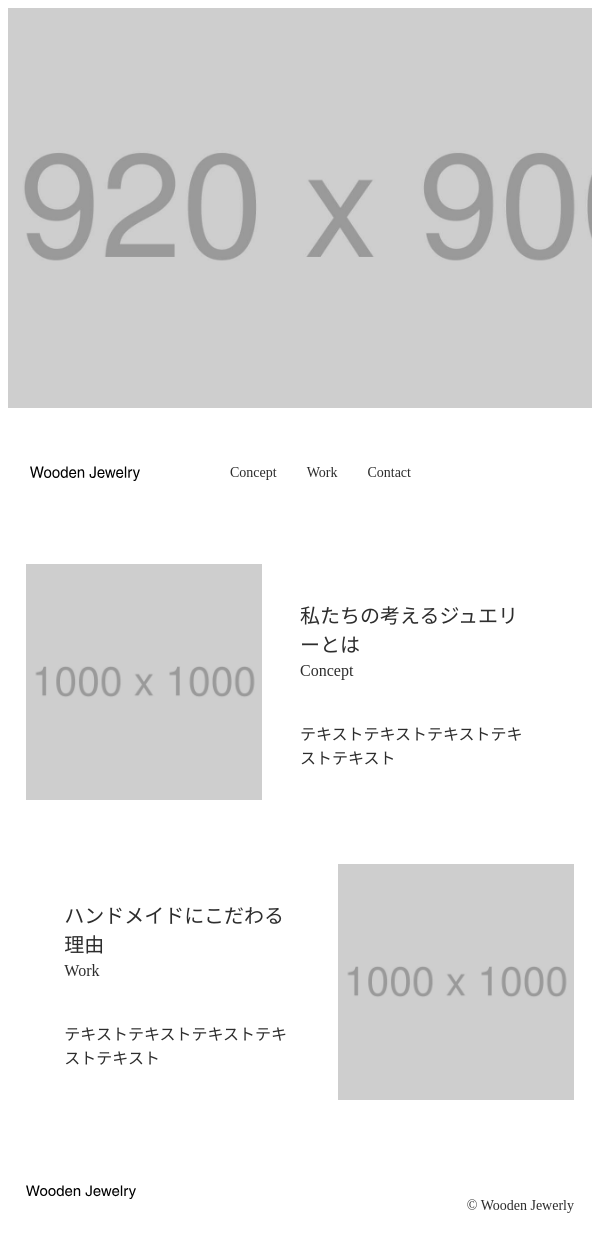
Repository: Fuki-san/jewelry
Page: http://localhost/jewelry
An editor plug-in stored every save of this project. The page is shown before and after a run of saves, followed by the edit.
The browser window is 600 px wide. The pictures show the whole page.
The page is served by the project's Laravel application, run on PHP 8.4 with Laravel 10. Other server files are loaded and not shown.

Above is the page before, as saved 2023-11-26 15:09:52.

### routes/web.php
<?php

use Illuminate\Support\Facades\Route;

/*
|--------------------------------------------------------------------------
| Web Routes
|--------------------------------------------------------------------------
|
| Here is where you can register web routes for your application. These
| routes are loaded by the RouteServiceProvider and all of them will
| be assigned to the "web" middleware group. Make something great!
|
*/

Route::get('/', function () {
    return view('welcome');
});

Route::get('jewelry', function () {
    return view('jewelry');
});

### resources/views/jewelry.blade.php
@extends('layouts.main')

@section('title', 'jewelry')

@section('content')
    <div id="mainvisual">
        <img src="img/mainvisual.jpg">
    </div>
    <header id="header">
        <h1 class="site-title"><a href="#"><img src="img/logo.svg"></a></h1>
        <nav>
            <ul>
                <li><a href="#concept">Concept</a></li>
                <li><a href="#work">Work</a></li>
                <li><a href="mailto:xxx@xxx.xxx?subject=お問い合わせ">Contact</a></li>
            </ul>
        </nav>
    </header>

    <div class="container">
        <main>
            <section id="concept" class="content">
                <div class="img">
                    <img src="img/concept.jpg">
                </div>
                <div class="text">
                    <h2 class="section-title">私たちの考えるジュエリーとは</h2>
                    <span class="section-title-en">Concept</span>
                    <p>テキストテキストテキストテキストテキスト</p>
                </div>
            </section>

            <section id="work" class="content">
                <div class="text">
                    <h2 class="section-title">ハンドメイドにこだわる理由</h2>
                    <span class="section-title-en">Work</span>
                    <p>テキストテキストテキストテキストテキスト</p>
                </div>
                <div class="img">
                    <img src="img/work.jpg">
                </div>
            </section>
        </main>

        <footer id="footer">
            <div class="logo">
                <img src="img/logo.svg" alt="">
            </div>
            <p class="copyright">&copy; Wooden Jewerly</p>
        </footer>
    </div>

@endsection

### resources/views/layouts/main.blade.php
<!DOCTYPE html>
<html lang="ja">
<head>
    <meta charset="UTF-8">
    <meta name="viewport" content="width=device-width, initial-scale=1.0">
    <meta http-equiv="X-UA-Compatible" content="ie=edge">
    <link rel="stylesheet" href="{{ asset('css/reset.css') }}">
    <link rel="stylesheet" href="{{ asset('css/style.css') }}">
    <link rel="icon" href="img/favicon.ico">
    <title>@yield('title')</title>
</head>
<body>
    @yield('content')
</body>
</html>

### public/css/style.css
@charset "utf-8";

html{
    font-size: 100%;
}
body{
    font-family: 'Crimson Text', serif;
    color: #2d2d2d;
}
ul{
    list-style: none;
}
a{
    text-decoration: none;
    color:#2d2d2d;
}

img{
    max-width: 100%;
    /* img親のdivのコンテンツラインと子のimgコンテンツラインの下端だけ少し隙間がある。
    その理由は、画像の横にテキストが入力された場合にデフォルトで定まっているvertical-align baseline
    が適応され、英文字のbaseline的に多少の文字の一部が下に出てしまうからであり、今回は文字もかかず、
    子imgと親divの下端の隙間はいらないため、vertical-align bottomで隙間を除去する。
    baselineとbottomの差は微小なので分かりずらいが、例えばgのbaselineはgフォントの下のクルンって
    なっているところの途中で baselineがくるが、bottomならほんとに一番下のクルンのところでくる
    隙間があるかどうかは親divのbackgroundcolorを設定すると分かりやすい */
    vertical-align: buttom;
}

.container{
    margin: 0 auto;
    max-width: 1000px;
    padding: 0 18px;
}

.site-title{
    width: 110px;
    line-height: 1px;
    margin-right: 50px;
}
.site-title a{
    display: block;
}
.section-title{
    font-size: 1.5rem;
    font-weight: normal;
    margin-bottom: 4px;
}

.section-title-en{
    display: inline-block;
    /* スパンタグでもmarginbottom使えるようにするため */
    margin-bottom: 25px;
}

#mainvisual{
    margin: 4% auto 0 auto;
    width: 90vw;
}

#header{
    width: 90vw;
    display: flex;
    align-items: center;
    padding: 32px 0;
    margin: 0 auto 30px auto;
}

#header ul{
    display: flex;
}
#header li{
    margin-right: 30px;
    font-size: 0.875rem;
}
#header li:last-child{
    margin-right: 0;
}
.content{
    display: flex;
    align-items: center;
    margin-bottom: 60px;
}
.content .img{
    width: 50%;
}
.content .text{
    width: 50%;
    padding: 0 7%;
}

#footer {
    display: flex;
    justify-content: space-between;
    font-size: 0.875rem;
    padding: 20px 0;
}
#footer .logo{
    width: 110px;
}

@media screen and (max-width: 767px) {
    .section-title{
        font-size: 1.25rem;
    }
    #mainvisual{
        width: 100%;
        margin: 0;
    }
    #mainvisual img{
        width: 100%;
        height: 50vh;
        object-fit: cover;
    }

}

### public/img/logo.svg
<?xml version="1.0" encoding="utf-8"?>
<!-- Generator: Adobe Illustrator 15.1.0, SVG Export Plug-In . SVG Version: 6.00 Build 0)  -->
<!DOCTYPE svg PUBLIC "-//W3C//DTD SVG 1.1//EN" "http://www.w3.org/Graphics/SVG/1.1/DTD/svg11.dtd">
<svg version="1.1" id="レイヤー_1" xmlns="http://www.w3.org/2000/svg" xmlns:xlink="http://www.w3.org/1999/xlink" x="0px"
	 y="0px" width="1000px" height="140px" viewBox="0 0 1000 140" enable-background="new 0 0 1000 140" xml:space="preserve">
<g>
	<path d="M39.405,111.195H25.498L0,13.294h14.317l18.271,79.63h0.273l21.952-79.63h14.454l21.953,79.63h0.273l18.271-79.63h14.59
		l-25.771,97.901H84.674l-22.362-81.13H62.04L39.405,111.195z"/>
	<path d="M160.348,37.837c22.771,0,33.133,19.226,33.133,37.634c0,18.407-10.362,37.633-33.133,37.633
		c-22.771,0-33.134-19.226-33.134-37.633C127.214,57.063,137.577,37.837,160.348,37.837z M160.348,102.741
		c17.18,0,20.726-17.726,20.726-27.27c0-9.545-3.545-27.271-20.726-27.271c-17.181,0-20.725,17.726-20.725,27.271
		C139.623,85.015,143.167,102.741,160.348,102.741z"/>
	<path d="M236.16,37.837c22.771,0,33.133,19.226,33.133,37.634c0,18.407-10.362,37.633-33.133,37.633
		c-22.771,0-33.134-19.226-33.134-37.633C203.026,57.063,213.389,37.837,236.16,37.837z M236.16,102.741
		c17.18,0,20.726-17.726,20.726-27.27c0-9.545-3.545-27.271-20.726-27.271c-17.181,0-20.725,17.726-20.725,27.271
		C215.435,85.015,218.979,102.741,236.16,102.741z"/>
	<path d="M342.105,111.195h-11.318v-9.817h-0.272c-5.182,9.681-13.362,11.863-20.316,11.863c-24.271,0-31.361-22.771-31.361-39.815
		c0-20.044,10.772-35.588,29.724-35.588c12.954,0,18.408,8.045,21.271,12.136l0.273-0.955V13.294h12V111.195z M310.471,102.877
		c7.637,0,19.499-5.044,19.499-23.998c0-11.59-1.909-30.271-19.226-30.271c-18.544,0-19.499,17.59-19.499,26.725
		C291.245,91.015,297.381,102.877,310.471,102.877z"/>
	<path d="M419.28,88.833c-0.408,3.409-3.681,13.499-12.681,19.499c-3.272,2.181-7.908,4.909-19.362,4.909
		c-20.043,0-31.907-15.135-31.907-35.725c0-22.089,10.636-39.679,34.225-39.679c20.589,0,30.679,16.363,30.679,41.588h-52.086
		c0,14.862,6.954,23.452,20.726,23.452c11.317,0,17.998-8.727,18.408-14.044H419.28z M407.827,69.88
		c-0.682-11.044-5.317-21.271-19.907-21.271c-11.045,0-19.771,10.227-19.771,21.271H407.827z"/>
	<path d="M492.638,111.195h-11.999V67.29c0-12.408-3.545-18.681-15.271-18.681c-6.817,0-18.817,4.363-18.817,23.726v38.86h-11.998
		V39.882h11.317v10.09h0.273c2.59-3.818,9.271-12.136,21.543-12.136c11.044,0,24.952,4.5,24.952,24.816V111.195z"/>
	<path d="M554.132,79.697v6.818c0,11.726,5.591,15.953,14.727,15.953c12.271,0,15.68-7.363,15.68-16.908V13.294h13.227v71.449
		c0,22.907-14.999,29.043-28.225,29.043c-22.771,0-27.815-15.272-27.815-24.407v-9.681H554.132z"/>
	<path d="M676.985,88.833c-0.409,3.409-3.682,13.499-12.681,19.499c-3.272,2.181-7.908,4.909-19.362,4.909
		c-20.044,0-31.906-15.135-31.906-35.725c0-22.089,10.636-39.679,34.225-39.679c20.589,0,30.679,16.363,30.679,41.588h-52.086
		c0,14.862,6.954,23.452,20.726,23.452c11.317,0,17.998-8.727,18.407-14.044H676.985z M665.531,69.88
		c-0.681-11.044-5.316-21.271-19.906-21.271c-11.045,0-19.771,10.227-19.771,21.271H665.531z"/>
	<path d="M715.574,111.195h-12.407l-20.59-71.313h13.091l13.634,56.041h0.273l13.771-56.041h13.362l13.908,56.041h0.273
		l14.453-56.041h11.998l-20.725,71.313h-12.409l-14.453-55.223h-0.272L715.574,111.195z"/>
	<path d="M847.153,88.833c-0.409,3.409-3.682,13.499-12.681,19.499c-3.272,2.181-7.908,4.909-19.362,4.909
		c-20.044,0-31.906-15.135-31.906-35.725c0-22.089,10.635-39.679,34.225-39.679c20.589,0,30.679,16.363,30.679,41.588h-52.086
		c0,14.862,6.954,23.452,20.726,23.452c11.317,0,17.998-8.727,18.407-14.044H847.153z M835.699,69.88
		c-0.682-11.044-5.316-21.271-19.906-21.271c-11.045,0-19.771,10.227-19.771,21.271H835.699z"/>
	<path d="M874.695,111.195h-11.998V13.294h11.998V111.195z"/>
	<path d="M906.327,111.195h-11.999V39.882h11.318v11.863h0.271c4.772-8.318,11.045-13.909,20.045-13.909
		c1.499,0,2.181,0.137,3.135,0.409v12.408h-4.499c-11.182,0-18.271,8.727-18.271,19.09V111.195z"/>
	<path d="M986.774,39.882H1000c-8.317,23.316-16.499,46.633-25.634,69.949c-11.317,28.907-12.544,30.543-27.953,30.543
		c-1.772,0-3.135-0.545-5.044-1.091v-10.908c1.499,0.545,3.954,1.227,7.227,1.227c6.272,0,6.954-1.772,12.681-16.499l-26.453-73.221
		h13.636l18.953,58.086h0.273L986.774,39.882z"/>
</g>
</svg>

After the next 2 saves:
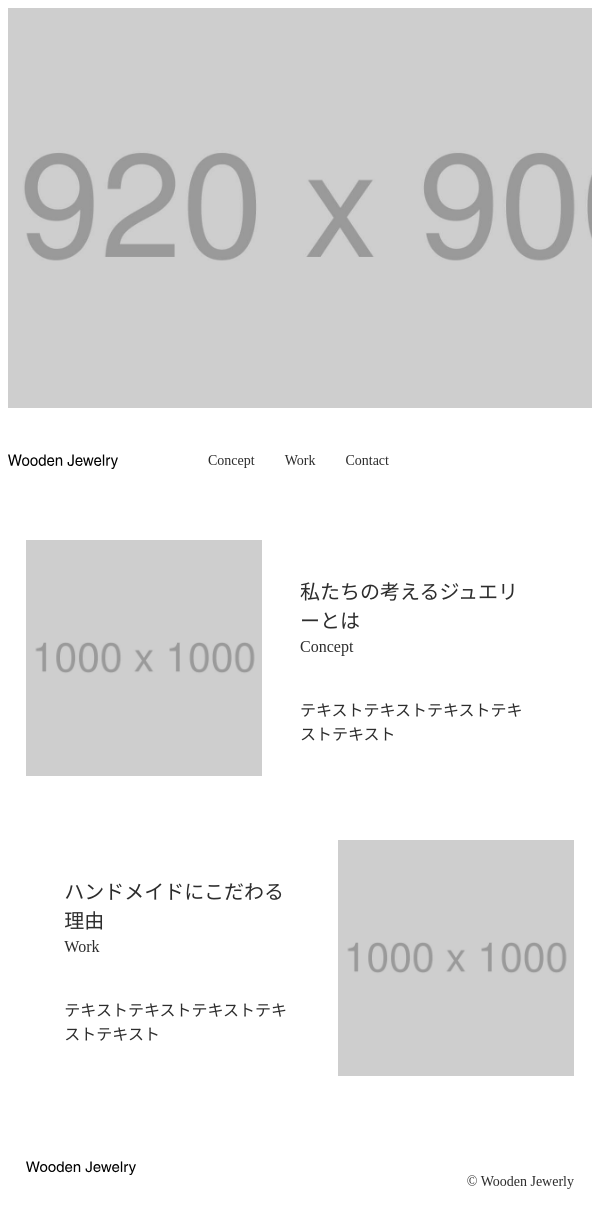
The 2 saves are shown as one change because they came seconds apart.
The last was saved 8 s later.
--- a/public/css/style.css
+++ b/public/css/style.css
@@ -112,5 +112,8 @@ img{
         height: 50vh;
         object-fit: cover;
     }
-
+    #header{
+        width: 100%;
+        padding: 20px 0;
+    }
 }
